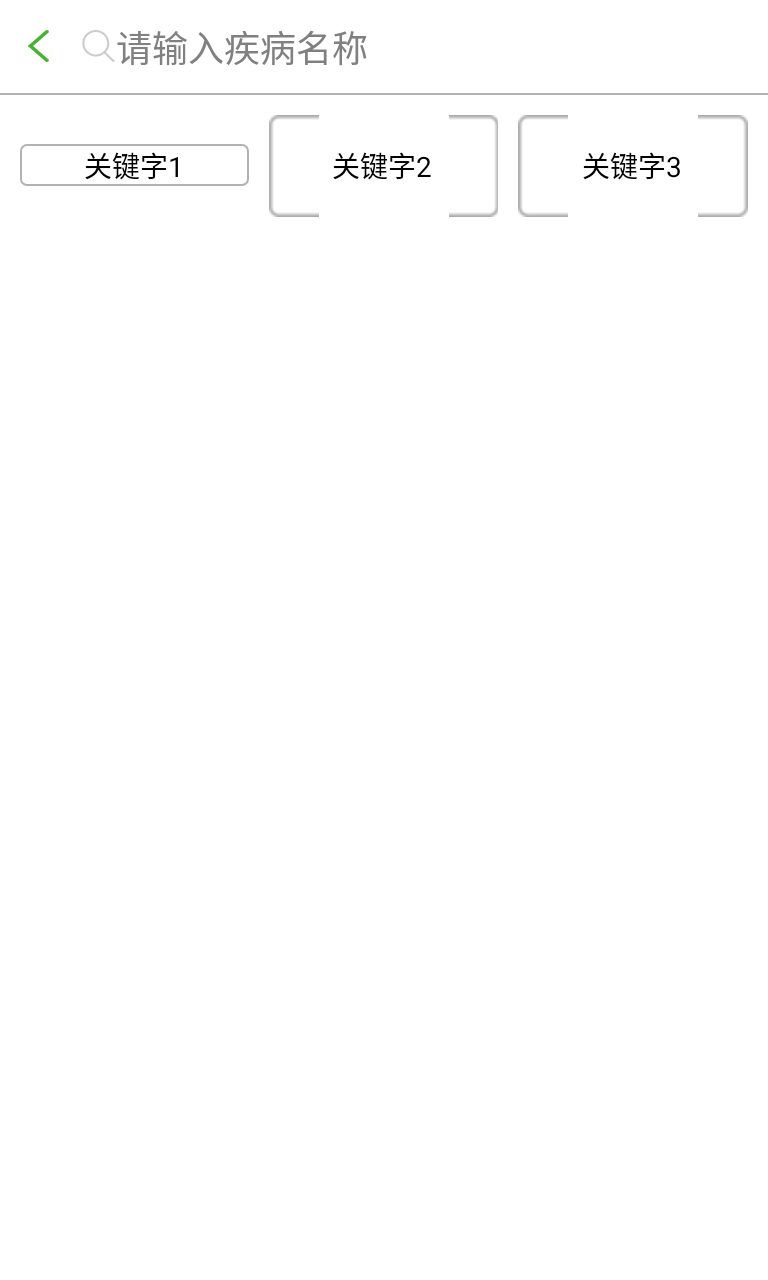
Repository: hjhlove110/XYApp
Layout: XYApp/res/layout/serache_view.xml
An editor plug-in stored every save of this project. The layout is shown before and after the next save, followed by the edit.
It is drawn on a 768 x 1280 px phone screen (xhdpi) without system bars, with theme Translucent; the app's code is not run.

Above is the layout before, as saved 2015-09-23 05:41:09.

After the next save:
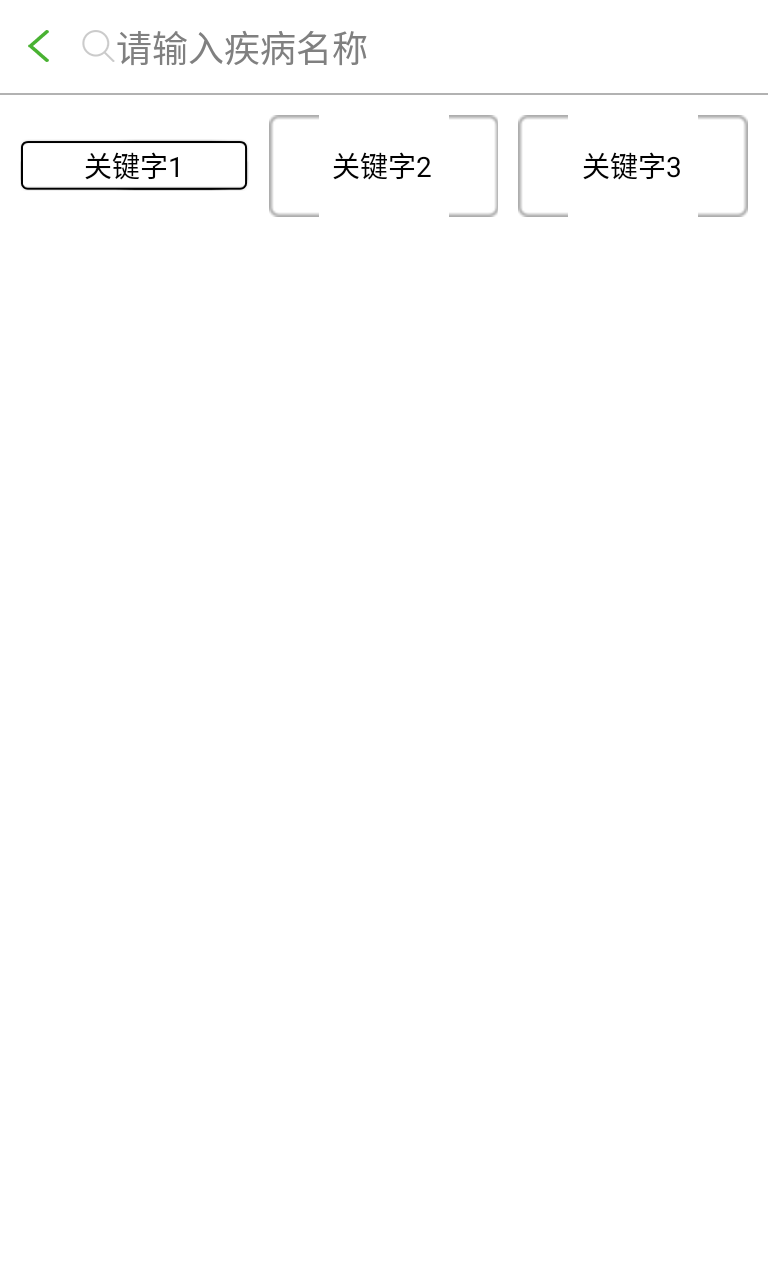
Saved 59 s later.
--- a/XYApp/res/layout/serache_view.xml
+++ b/XYApp/res/layout/serache_view.xml
@@ -46,7 +46,7 @@
             android:layout_width="0dp"
             android:layout_height="wrap_content"
             android:layout_weight="1"
-            android:background="@drawable/txt_bg"
+            android:background="@drawable/edittext_back"
             android:text="关键字1" />
 
         <Button
